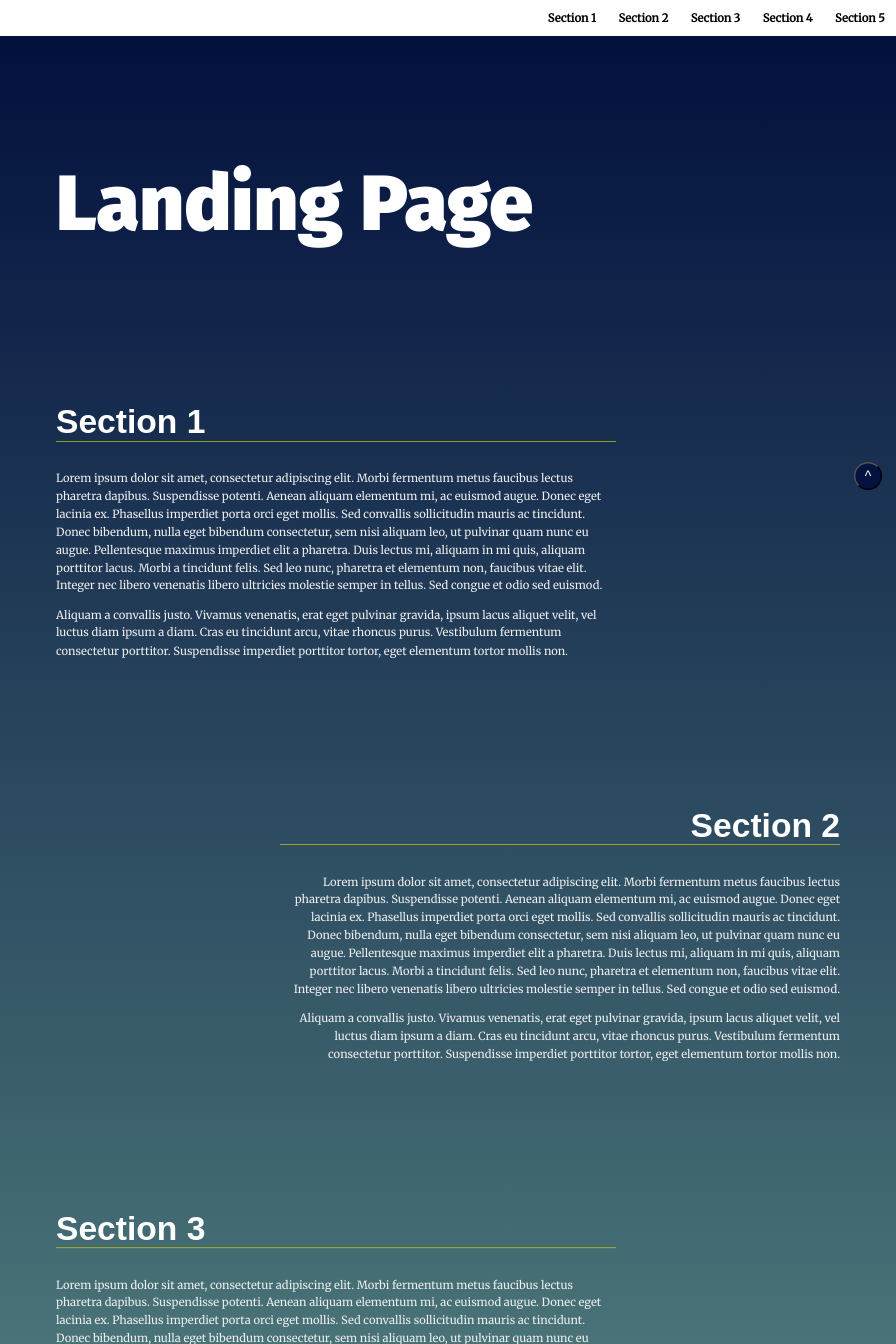
Repository: HadelAbdellatif/Landing_Page_Udacity_Project_2
Page: index.html
The author's editor kept a copy of each file at every save. The page is drawn from the files as they stood at one save, then again after a run of saves.
The browser window is 1280 px wide. The pictures show the part of the page from y = 0 to 1920 px (the page is 3577 px tall), at 70% of full size.

Above is the page before, as saved 2024-07-01 10:16:02.

### index.html
<!DOCTYPE >
<html lang="en">
<head>
  <meta charset="UTF-8">
  <meta name="viewport" content="width=device-width, initial-scale=1.0">
  <meta http-equiv="X-UA-Compatible" content="ie=edge">
  <title>Manipulating the DOM</title>
  <!-- Load Google Fonts -->
  <link href="https://fonts.googleapis.com/css?family=Fira+Sans:900|Merriweather&display=swap" rel="stylesheet">
  <!-- Load Styles -->
  <link href="css/styles.css" rel="stylesheet">
</head>
<body>
  <!-- HTML Follows BEM naming conventions
  IDs are only used for sections to connect menu achors to sections -->
  <header class="page__header">
    <nav class="navbar__menu">
      <!-- Navigation starts as empty UL that will be populated with JS -->
      <ul id="navbar__list">

      </ul>
    </nav>
  </header>
  <main>
    <header class="main__hero" id="main__hero">
      <h1>Landing Page </h1>
    </header>
    <!-- Each Section has an ID (used for the anchor) and
    a data attribute that will populate the li node.
    Adding more sections will automatically populate nav.
    The first section is set to active class by default -->
    <section id="section1" data-nav="Section 1" class="isActive">
      <div class="landing__container">
        <h2>Section 1</h2>
        <p>Lorem ipsum dolor sit amet, consectetur adipiscing elit. Morbi fermentum metus faucibus lectus pharetra dapibus. Suspendisse potenti. Aenean aliquam elementum mi, ac euismod augue. Donec eget lacinia ex. Phasellus imperdiet porta orci eget mollis. Sed convallis sollicitudin mauris ac tincidunt. Donec bibendum, nulla eget bibendum consectetur, sem nisi aliquam leo, ut pulvinar quam nunc eu augue. Pellentesque maximus imperdiet elit a pharetra. Duis lectus mi, aliquam in mi quis, aliquam porttitor lacus. Morbi a tincidunt felis. Sed leo nunc, pharetra et elementum non, faucibus vitae elit. Integer nec libero venenatis libero ultricies molestie semper in tellus. Sed congue et odio sed euismod.</p>

        <p>Aliquam a convallis justo. Vivamus venenatis, erat eget pulvinar gravida, ipsum lacus aliquet velit, vel luctus diam ipsum a diam. Cras eu tincidunt arcu, vitae rhoncus purus. Vestibulum fermentum consectetur porttitor. Suspendisse imperdiet porttitor tortor, eget elementum tortor mollis non.</p>
      </div>
    </section>
    <section id="section2" data-nav="Section 2">
      <div class="landing__container">
        <h2>Section 2</h2>
        <p>Lorem ipsum dolor sit amet, consectetur adipiscing elit. Morbi fermentum metus faucibus lectus pharetra dapibus. Suspendisse potenti. Aenean aliquam elementum mi, ac euismod augue. Donec eget lacinia ex. Phasellus imperdiet porta orci eget mollis. Sed convallis sollicitudin mauris ac tincidunt. Donec bibendum, nulla eget bibendum consectetur, sem nisi aliquam leo, ut pulvinar quam nunc eu augue. Pellentesque maximus imperdiet elit a pharetra. Duis lectus mi, aliquam in mi quis, aliquam porttitor lacus. Morbi a tincidunt felis. Sed leo nunc, pharetra et elementum non, faucibus vitae elit. Integer nec libero venenatis libero ultricies molestie semper in tellus. Sed congue et odio sed euismod.</p>

        <p>Aliquam a convallis justo. Vivamus venenatis, erat eget pulvinar gravida, ipsum lacus aliquet velit, vel luctus diam ipsum a diam. Cras eu tincidunt arcu, vitae rhoncus purus. Vestibulum fermentum consectetur porttitor. Suspendisse imperdiet porttitor tortor, eget elementum tortor mollis non.</p>
      </div>
    </section>
    <section id="section3" data-nav="Section 3">
      <div class="landing__container">
        <h2>Section 3</h2>
        <p>Lorem ipsum dolor sit amet, consectetur adipiscing elit. Morbi fermentum metus faucibus lectus pharetra dapibus. Suspendisse potenti. Aenean aliquam elementum mi, ac euismod augue. Donec eget lacinia ex. Phasellus imperdiet porta orci eget mollis. Sed convallis sollicitudin mauris ac tincidunt. Donec bibendum, nulla eget bibendum consectetur, sem nisi aliquam leo, ut pulvinar quam nunc eu augue. Pellentesque maximus imperdiet elit a pharetra. Duis lectus mi, aliquam in mi quis, aliquam porttitor lacus. Morbi a tincidunt felis. Sed leo nunc, pharetra et elementum non, faucibus vitae elit. Integer nec libero venenatis libero ultricies molestie semper in tellus. Sed congue et odio sed euismod.</p>

        <p>Aliquam a convallis justo. Vivamus venenatis, erat eget pulvinar gravida, ipsum lacus aliquet velit, vel luctus diam ipsum a diam. Cras eu tincidunt arcu, vitae rhoncus purus. Vestibulum fermentum consectetur porttitor. Suspendisse imperdiet porttitor tortor, eget elementum tortor mollis non.</p>
      </div>
    </section>
    <section id="section4" data-nav="Section 4">
      <div class="landing__container">
        <h2>Section 4</h2>
        <p>Lorem ipsum dolor sit amet, consectetur adipiscing elit. Morbi fermentum metus faucibus lectus pharetra dapibus. Suspendisse potenti. Aenean aliquam elementum mi, ac euismod augue. Donec eget lacinia ex. Phasellus imperdiet porta orci eget mollis. Sed convallis sollicitudin mauris ac tincidunt. Donec bibendum, nulla eget bibendum consectetur, sem nisi aliquam leo, ut pulvinar quam nunc eu augue. Pellentesque maximus imperdiet elit a pharetra. Duis lectus mi, aliquam in mi quis, aliquam porttitor lacus. Morbi a tincidunt felis. Sed leo nunc, pharetra et elementum non, faucibus vitae elit. Integer nec libero venenatis libero ultricies molestie semper in tellus. Sed congue et odio sed euismod.</p>

        <p>Aliquam a convallis justo. Vivamus venenatis, erat eget pulvinar gravida, ipsum lacus aliquet velit, vel luctus diam ipsum a diam. Cras eu tincidunt arcu, vitae rhoncus purus. Vestibulum fermentum consectetur porttitor. Suspendisse imperdiet porttitor tortor, eget elementum tortor mollis non.</p>
      </div>
    </section>
    <section id="section5" data-nav="Section 5">
      <div class="landing__container">
        <h2>Section 5</h2>
        <p>Lorem ipsum dolor sit amet, consectetur adipiscing elit. Morbi fermentum metus faucibus lectus pharetra dapibus. Suspendisse potenti. Aenean aliquam elementum mi, ac euismod augue. Donec eget lacinia ex. Phasellus imperdiet porta orci eget mollis. Sed convallis sollicitudin mauris ac tincidunt. Donec bibendum, nulla eget bibendum consectetur, sem nisi aliquam leo, ut pulvinar quam nunc eu augue. Pellentesque maximus imperdiet elit a pharetra. Duis lectus mi, aliquam in mi quis, aliquam porttitor lacus. Morbi a tincidunt felis. Sed leo nunc, pharetra et elementum non, faucibus vitae elit. Integer nec libero venenatis libero ultricies molestie semper in tellus. Sed congue et odio sed euismod.</p>

        <p>Aliquam a convallis justo. Vivamus venenatis, erat eget pulvinar gravida, ipsum lacus aliquet velit, vel luctus diam ipsum a diam. Cras eu tincidunt arcu, vitae rhoncus purus. Vestibulum fermentum consectetur porttitor. Suspendisse imperdiet porttitor tortor, eget elementum tortor mollis non.</p>
      </div>
    </section>
    <button class="button">
      <a href="#main__hero">^</a>
    </button>
  </main>
  <footer class="page__footer">
    <p>&copy Udacity</p>
  </footer>

  <script src="./js/app.js"></script>
</body>
</html>

### css/styles.css
/*
 *
 * CSS written based on SMACSS architecture.
 * To learn more, visit: http://smacss.com/
 *
 * For simplicity, no reset or normalize is added.
 * To learn more, visit: https://css-tricks.com/reboot-resets-reasoning/
 *
*/


/* ---- Base Rules ---- */
body {
    background: rgb(136,203,171);
    background: linear-gradient(0deg, rgba(136,203,171,1) 0%, rgba(0,13,60,1) 100%);
    margin: 0;
    font-family: 'Merriweather', serif;
    color: #fff;
}


/* Typeography General*/
h1 {
    font-family: 'Fira Sans', sans-serif;
    font-size: 3em;
    margin: 2em 1rem;
}

@media only screen and (min-width: 35em){
    h1 {
        font-size: 7em;
        margin: 2em 4rem 1em;
    }
}

h2 {
    border-bottom: 1px solid #cc1;
    font-family: 'Oxygen', Sans-Serif;
    font-size: 3em;
    color: #fff;
}

p {
    line-height: 1.6em;
    color: #eee;
}

/* ---- Layout Rules ---- */
main {
    margin: 10vh 1em 10vh;
}

.main-hero {
    min-height: 40vh;
    padding-top: 3em;
}

section {
    position: relative;
    min-height: 80vh;
}


/* ---- Module Rules ---- */

/* Navigation Styles*/
.navbar__menu ul {
    padding-left: 0;
    margin: 0;
    text-align: right;
}

.navbar__menu li {
    display: inline-block !important;
}

.navbar__menu .menu__link {
    display: block;
    padding: 1em;
    font-weight: bold;
    text-decoration: none;
    color: #000;
}

.navbar__menu .menu__link:hover {
    background: #333;
    color: #fff;
    transition: ease 0.3s all;
}

.navbar__menu .scroll_menu_link {
    color: #fff !important;
}

.navbar__menu .scroll_menu_link:hover {
    background: #55837D !important;
    color: #fff !important;
    transition: ease 0.3s all;
}

.navbar__menu li .active {
    text-decoration: underline !important;
}

@media only screen and (max-width: 35em){
    .navbar__menu ul {
        font-size: 12px;
    }
}

/* Header Styles */
.page__header {
    background: #fff;
    position: fixed;
    top: 0;
    width: 100%;
    z-index: 5;
}

/* Back button style */
.button {
    background-color: #03123F;
    border-radius: 50%;
    width: 40px;
    height: 40px;
    position: fixed;
    right: 20px;
    bottom: 20px;
}

.button a {
    color: #fff;
    font-size: 20px;
    text-decoration: none;
}

/* Footer Styles */
.page__footer {
    background: #000;
    padding: 3em;
    color: #fff;
}

.page__footer p{
    color: #fff;
}


/* ---- Theme Rules ---- */
/* Landing Container Styles */
.landing__container {
    padding: 1em;
    text-align: left;
}

@media only screen and (min-width: 35em){
    .landing__container {
        max-width: 50em;
        padding: 4em;
    }
}

section:nth-of-type(even) .landing__container {
    margin-right: 0;
    margin-left: auto;
    text-align: right;
}

/* Background Circles */
/* Note that background circles are created with psuedo elements before and after */
/* Circles appear to be random do to use of :nth-of-type psuedo class */
section:nth-of-type(odd) .landing__container::before {
    content: '';
    background: rgba(255, 255, 255, 0.187);
    position: absolute;
    z-index: -5;
    width: 20vh;
    height: 20vh;
    border-radius: 50%;
    opacity: 0;
    transition: ease 0.5s all;
}

section:nth-of-type(even) .landing__container::before {
    content: '';
    background: rgb(255,255,255);
    background: linear-gradient(0deg, rgba(255,255,255,.1) 0%, rgba(255,255,255,.2) 100%);
    position: absolute;
    top: 3em;
    right: 3em;
    z-index: -5;
    width: 10vh;
    height: 10vh;
    border-radius: 50%;
    opacity: 0;
    transition: ease 0.5s all;
}

section:nth-of-type(3n) .landing__container::after {
    content: '';
    background: rgb(255,255,255);
    background: linear-gradient(0deg, rgba(255,255,255,.1) 0%, rgba(255,255,255,.2) 100%);
    position: absolute;
    right: 0;
    bottom: 0;
    z-index: -5;
    width: 10vh;
    height: 10vh;
    border-radius: 50%;
    opacity: 0;
    transition: ease 0.5s all;
}

section:nth-of-type(3n + 1) .landing__container::after {
    content: '';
    background: rgb(255,255,255);
    background: linear-gradient(0deg, rgba(255,255,255,.1) 0%, rgba(255,255,255,.2) 100%);
    position: absolute;
    right: 20vw;
    bottom: -5em;
    z-index: -5;
    width: 15vh;
    height: 15vh;
    border-radius: 50%;
    opacity: 0;
    transition: ease 0.5s all;
}


/* ---- Theme State Rules ---- */
/* Section Active Styles */
/* Note: your-active-class class is applied through javascript. You should update the class here and in the index.html to what you set in your javascript file.  */
section.isActive {
    background: rgb(0, 0, 0);
    background: linear-gradient(0deg, rgba(0, 0, 0, 0.1) 0%, rgba(0, 0, 0, 0) 100%);
}

section.isActive .landing__container::before {
    opacity: 1;
    animation: rotate 4s linear 0s infinite forwards;
}

section.isActive .landing__container::after {
    opacity: 1;
    animation: rotate 5s linear 0s infinite forwards reverse;
}

/* Section Active Styles Keyframe Animations */
@keyframes rotate {
	from {
		transform: rotate(0deg)
		           translate(-1em)
		           rotate(0deg);
	}
	to {
		transform: rotate(360deg)
		           translate(-1em)
		           rotate(-360deg);
	}
}

### js/app.js
/**
 *
 * Manipulating the DOM exercise.
 * Exercise programmatically builds navigation,
 * scrolls to anchors from navigation,
 * and highlights section in viewport upon scrolling.
 *
 * Dependencies: None
 *
 * JS Version: ES2015/ES6
 *
 * JS Standard: ESlint
 *
*/

/**
 * Comments should be present at the beginning of each procedure and class.
 * Great to have comments before crucial code sections within the procedure.
*/

/**
 * Define Global Variables
 *
*/

const listDomFragment = document.createDocumentFragment();
const sectionsNames = document.querySelectorAll('section');
const navMenu = document.querySelector('.navbar__menu')
const listItem = document.getElementById('navbar__list');
const activeNav = document.getElementsByClassName('isActive');
const buttonBack = document.querySelector('button');
let scrollTimeout;

/**
 * End Global Variables
 * Start Helper Functions
 *
*/

// Function to change the css style for navbar when scroll

function changeNavbarDesign() {
    const items = document.querySelectorAll('li');
    const scrollPosition = window.scrollY;
    if(scrollPosition > 380) {
        navMenu.style.background = '#03123F';
        for(let i = 0 ; i < items.length ; i++) {
            items[i].classList.add('scroll_menu_link');
        }
    }
    else {
        navMenu.style.background = '#fff';
        for(let i = 0 ; i < items.length ; i++){
            items[i].classList.remove('scroll_menu_link');
        }
    }
}

// Function that hide the navbar

function hideNavbar() {
    navMenu.style.display = 'none';
}

// Function that show the navbar using setTimeout

function showNavbar() {
    navMenu.style.display = 'block';
    clearTimeout(scrollTimeout);
    scrollTimeout = setTimeout(hideNavbar, 3000);
}

// Function to go to the top

function goToTop(event) {
    event.preventDefault();
    window.scrollTo({ top: 0, behavior: 'smooth' });
}

/**
 * End Helper Functions
 * Begin Main Functions
 *
*/

// build the nav

for(let i = 0 ; i < sectionsNames.length ; i++) {
    const liElement = document.createElement('li');
    liElement.innerHTML = sectionsNames[i].getAttribute('data-Nav');
    liElement.classList.add('menu__link');
    listDomFragment.appendChild(liElement);
}

listItem.appendChild(listDomFragment);

// Add class 'active' to section when near top of viewport

function makeActive(event) {

    for(let section of sectionsNames) {
        const box = section.getBoundingClientRect();
        if (box.top <= 60 && box.bottom >= 60) {
            section.classList.add('isActive');
        }
        else {
            section.classList.remove('isActive');
        }
    }
}

// Scroll to anchor ID using scrollIntoView event

function handleIsActiveState(event) {
    event.preventDefault();
    const { target } = event;
    for(let i = 0 ; i < sectionsNames.length ; i++) {
        if(target.textContent === sectionsNames[i].getAttribute('data-Nav')) {
            sectionsNames[i].classList.add('isActive');
            sectionsNames[i].scrollIntoView({ behavior: 'smooth' });
        }
        else {
            sectionsNames[i].classList.remove('isActive');
        }
    }
}

/**
 * End Main Functions
 * Begin Events
 *
*/

// Build menu

listItem.addEventListener('click', handleIsActiveState);

// Scroll to section on link click

document.addEventListener('scroll', () => {
    makeActive();
    changeNavbarDesign();
    showNavbar();
});

// Scroll to top on click on back button
buttonBack.addEventListener('click', goToTop);

After the next 3 saves:
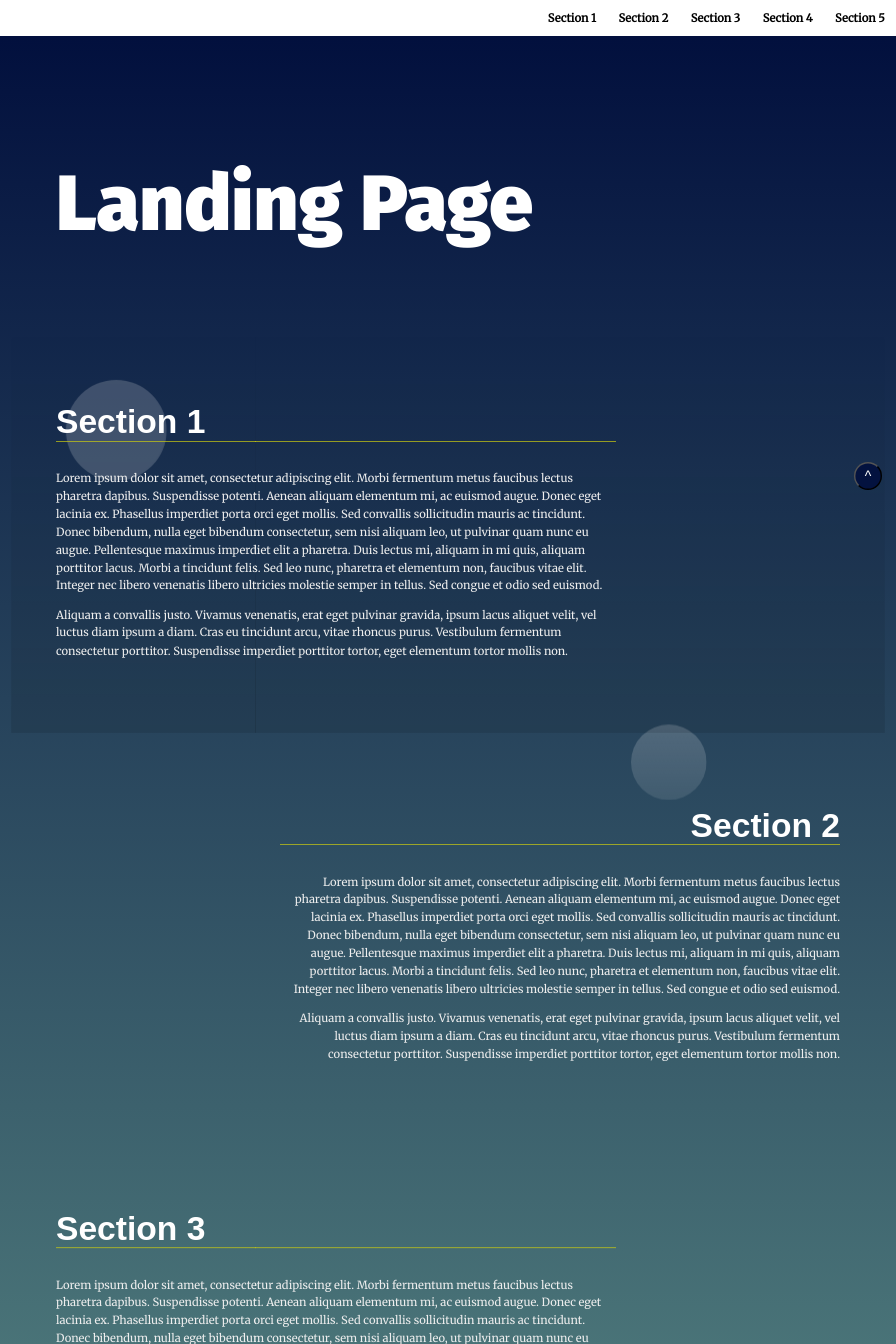
Console error: TypeError: Cannot read properties of undefined (reading 'preventDefault')
The 3 saves are shown as one change because they came seconds apart.
The last was saved 11 s later.
--- a/js/app.js
+++ b/js/app.js
@@ -97,7 +97,8 @@
 // Add class 'active' to section when near top of viewport
 
 function makeActive(event) {
-
+    event.preventDefault();
+    co
     for(let section of sectionsNames) {
         const box = section.getBoundingClientRect();
         if (box.top <= 60 && box.bottom >= 60) {

After the 4 saves that followed:
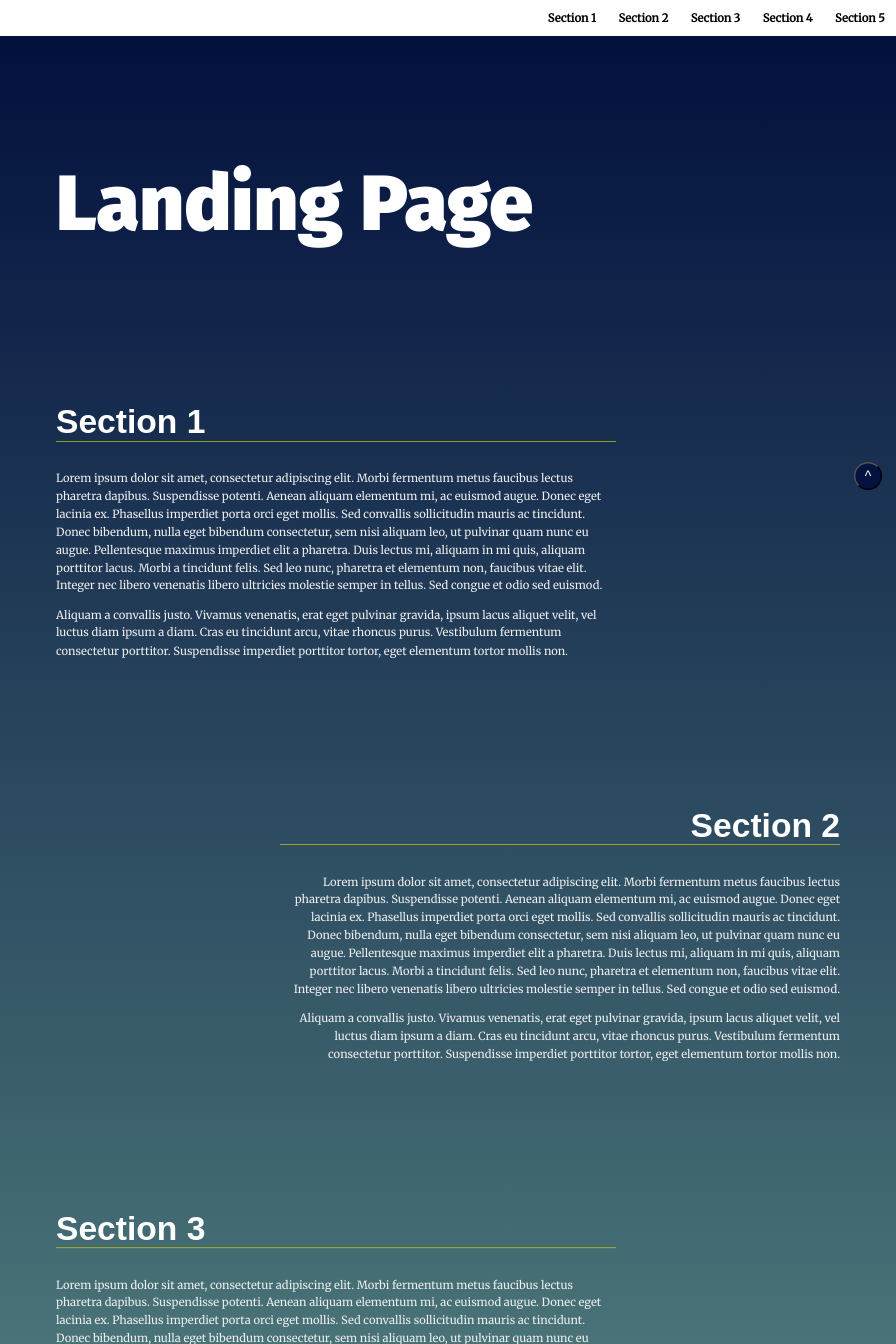
The error is gone.
The 4 saves are shown as one change because 2 left the picture as it was and some came seconds apart.
The last was saved 36 s later.
--- a/js/app.js
+++ b/js/app.js
@@ -96,9 +96,7 @@
 
 // Add class 'active' to section when near top of viewport
 
-function makeActive(event) {
-    event.preventDefault();
-    co
+function makeActive() {
     for(let section of sectionsNames) {
         const box = section.getBoundingClientRect();
         if (box.top <= 60 && box.bottom >= 60) {
